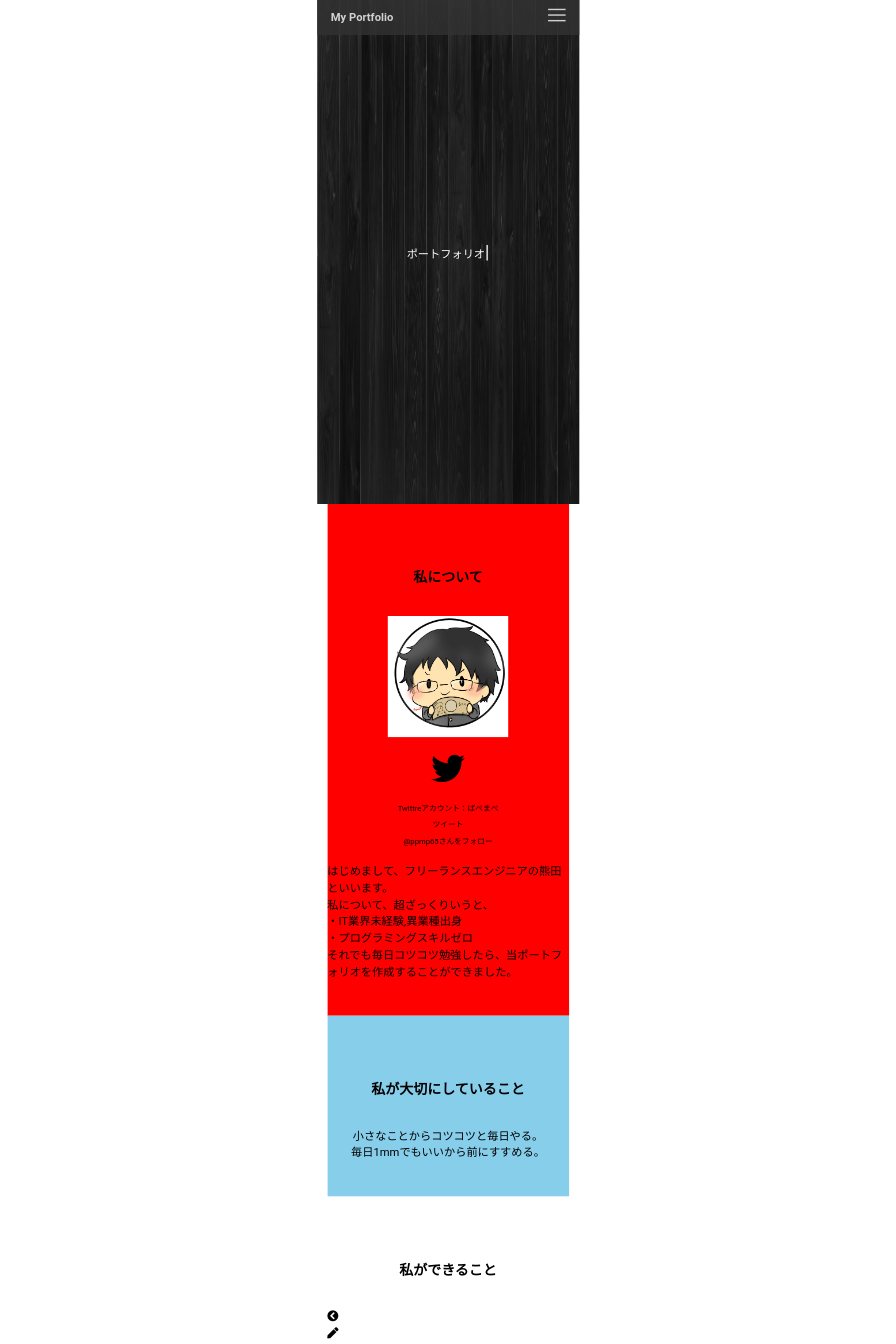
Repository: ppmp556/portfolio6
Page: index copy.html
The author's editor kept a copy of each file at every save. The page is drawn from the files as they stood at one save, then again after the next save.
The browser window is 1280 px wide. The pictures show the part of the page from y = 0 to 1920 px (the page is 3189 px tall), at 70% of full size.
Some web libraries are served in a nearby version. The style sheet was rebuilt from its Sass, Less or Tailwind sources for each picture, by a compiler version that may differ from the author's.

Above is the page before, as saved 2020-10-12 21:09:56.
Console error: TypeError: Cannot read properties of null (reading 'addEventListener')

### index copy.html
<!DOCTYPE html>
<html ja>
  <head>
    <meta charset="utf-8" />
    <meta
      name="viewport"
      content="width=device-width, initial-scale=1.0, maximum-scale=1.0, minimum-scale=1.0"
    />
    <title>ポートフォリオ</title>
    <link rel="stylesheet" href="css/faundation.css" />
    <link rel="stylesheet" href="css/main.css" />
    <link
      href="https://use.fontawesome.com/releases/v5.6.1/css/all.css"
      rel="stylesheet"
    />
    <script src="https://ajax.googleapis.com/ajax/libs/jquery/3.4.1/jquery.min.js"></script>
  </head>

  <body>
    <div class="container">

      <div class="kv" id="kv">
        <div class="kv_container">
          <img src="/images/3566338_s.jpg" alt="" class="kv_img">
          <!-- <img src="/images/3566338_s.jpg" alt="" class="kv_img"> -->
          <!-- <img src="/images/3566338_s.jpg" alt="" class="kv_img"> -->
          <!-- <img src="/images/3566338_s.jpg" alt="" class="kv_img"> -->
          <div class="kv_wrapper line">
            <p class="kv_animetype">
                ポートフォリオ<span class="line_type">|</span>
            </p><!-- /.kv_animetype -->

          </div><!-- /.kv_wrapper -->
        </div><!-- /.kv_container -->
      </div>
      <!-- /#kv.kv -->

      <header class="header" id="top">
        <div class="header_inner flex">
          <h1 class="header_ttl"><a href="index.html">My Portfolio</a></h1>
          <!-- /.header_ttl -->

          <nav class="nav">
            <!-- ハンバーガーメニュー部分 -->

            <div class="nav_ham" id="nav_toggle">
              <span class="nav_line tg1"></span>
              <span class="nav_line tg2"></span>
              <span class="nav_line tg3"></span>
            </div>
            <!-- ハンバーガーメニューここまで -->

            <ul class="nav_list flex">
              <div class="nav_inner">
                <li class="nav_item">
                  <a href="#Top" class="nav_link">TOP</a>
                </li>
                <!-- /.nav_item -->
                <li class="nav_item">
                  <a href="#about" class="nav_link">Profile</a>
                </li>
                <!-- /.nav_item -->
                <li class="nav_item">
                  <a href="#skill" class="nav_link">Skill</a>
                </li>
                <!-- /.nav_item -->
                <li class="nav_item">
                  <a href="#blog" class="nav_link">Blog</a>
                </li>
                <!-- /.nav_item -->
                <li class="nav_item">
                  <a href="#create" class="nav_link">Create</a>
                </li>
                <!-- /.nav_item -->
              </div><!-- /.nav_inner -->
            </ul>
            <!-- /.nav_list -->
          </nav>
          <!-- /.nav -->
        </div><!-- /.header_inner -->
      </header>
      <!-- /.header -->



      <main class="main_container">
        <div class="inner">

          <section class="about" id="about">
            <h2 class="section_ttl">私について</h2>
            <!-- /.section_ttl -->

            <div class="section_inner">
              <div class="about_left">
                <div class="about_imgbox">
                  <img src="images/アイコン.jpg" alt="" class="about_img">
                  <div class="about_share">
                    <a href="" class="about_share_icon">
                      <i class="fab fa-twitter fa-3x share"></i>
                      <p class="about_sharetxt">Twittreアカウント：ぱぺまぺ</p>
                      <!-- /.about_sharetxt --> </a
                    ><!-- /.about_share_icon -->
                      <br>
                    <a
                      href="https://twitter.com/share"
                      class="twitter_share_button"
                      data-via="webgaku"
                      data-lang="ja"
                      >ツイート</a
                    >
                      <br>
                    <a
                      href="https://twitter.com/ppmp65"
                      class="twitter_follow_button"
                      data-show-count="false"
                      data-lang="ja"
                      >@ppmp65さんをフォロー</a
                    >
                  </div>
                  <!-- /.about_share -->
                </div>
                <!-- /.about_imgbox -->
              </div>
              <!-- /.about_left -->

              <div class="about_right">
                <p class="about_txt">
                  はじめまして、フリーランスエンジニアの熊田といいます。<br />
                  私について、超ざっくりいうと、<br />

                  ・IT業界未経験,異業種出身 <br />
                  ・プログラミングスキルゼロ<br />

                  それでも毎日コツコツ勉強したら、当ポートフォリオを作成することができました。
                </p>
                <!-- /.about_txt -->
              </div>
              <!-- /.about_right -->
            </div>
            <!-- /.section_inner -->
          </section>
          <!-- /#about.about -->

          <section class="policy" id="policy">
            <h2 class="section_ttl">私が大切にしていること</h2>
            <!-- /.section_ttl -->

            <div class="policy_animebox">
              <div class="policy_anime">
                <p class="policy_txt">
                  小さなことからコツコツと毎日やる。<br />
                  毎日1mmでもいいから前にすすめる。
                </p>
                <!-- /.policy_txt -->
              </div>
              <!-- /.policy_anime -->
            </div>
            <!-- /.policy_anime -->
          </section>
          <!-- /#policy.policy -->

          <section class="skill" id="skill">
            <div class="scroll_fade_row">
              <h2 class="section_ttl">私ができること</h2>
              <!-- /.section_ttl -->

              <div class="skill_box">
                <div class="skill_content">
                  <div class="slide_btn prev">
                    <i class="fas fa-chevron-circle-left"></i>
                  </div>
                  <!-- /.slide_btn -->

                  <div class="skill_inner">
                    <div class="skill_inbox slide active">
                      <i class="skillIcon fas fa-pen"></i>
                      <p class="skill_inboxttl">執筆</p>
                      <!-- /.skill_inboxttl -->
                      <p class="skill_txt">
                        文章を考えるのが好きです<br />
                        ブログ執筆で毎日1000～2000文字程度<br />
                        書いています。<br />
                        ブログは毎日1日1記事更新。
                      </p>
                      <!-- /.skill_txt -->
                    </div>
                    <!-- /.skill_inbox -->

                    <div class="skill_inbox slide active">
                      <i class="skillIcon fas fa-code"></i>
                      <p class="skill_inboxttl">コーディング</p>
                      <!-- /.skill_inboxttl -->
                      <p class="skill_txt">
                        独学とプログラミングスクール併用<br />
                        全くの知識ゼロから始めました。<br />
                      </p>
                      <!-- /.skill_txt -->
                    </div>
                    <!-- /.skill_inbox -->

                    <div class="skill_inbox slide active">
                      <i class="skillIcon fas fa-pen"></i>
                      <p class="skill_inboxttl">執筆</p>
                      <!-- /.skill_inboxttl -->
                      <p class="skill_txt">
                        文章を考えるのが好きです<br />
                        ブログ執筆で毎日1000～2000文字程度<br />
                        書いています。<br />
                        ブログは毎日1日1記事更新。
                      </p>
                      <!-- /.skill_txt -->
                    </div>
                    <!-- /.skill_inbox -->

                    <div class="skill_inbox slide active">
                      <i class="skillIcon fas fa-cog"></i>
                      <p class="skill_inboxttl">執筆</p>
                      <!-- /.skill_inboxttl -->
                      <p class="skill_txt">
                        文章を考えるのが好きです<br />
                        ブログ執筆で毎日1000～2000文字程度<br />
                        書いています。<br />
                        ブログは毎日1日1記事更新。
                      </p>
                      <!-- /.skill_txt -->
                    </div>
                    <!-- /.skill_inbox -->
                  </div>
                  <!-- /.skill_inner -->
                </div>
                <!-- /.skill_content -->
              </div>
              <!-- /.skill_box -->
            </div>
            <!-- /.scroll_fade_row -->
          </section>
          <!-- /#skill.skill -->

          <section class="blog" id="blog">
            <div class="scroll_fade_row">
              <h2 class="section_ttl">ブログ</h2>
              <!-- /.section_ttl -->

              <div class="section_inner">
                <h3 class="blog_txt">ぱぺまぺの低年収者のための資産運用計画</h3>
                <!-- /.blog_txt -->

                <div class="blog_imgbox">
                  <a href="https://ppmp556.com"
                    >https://ppmp556.com
                    <img
                      class="blogImg"
                      src="images/invest01.png"
                      alt="ブログ1"
                    />
                  </a>
                </div>
                <!-- /.blog_imgbox -->
                <div class="blog_txtbox">
                  <p class="blog_txt">
                    投資ブログです。<br />
                    資金が少なくてもできる投資や、<br />
                    初心者向けの投資、投資についての考え方や<br />
                    ヒントなどを発信しています。（1日1記事更新）
                  </p>
                  <!-- /.blog_txt -->
                </div>
                <!-- /.blog_txtbox -->
              </div>
              <!-- /.section_inner -->
            </div>
            <!-- /.scroll_fade_row -->
          </section>
          <!-- /#blog.blog -->

          <section class="create" id="create">
            <div class="scroll_fade_row">
              <h2 class="section_ttl">制作物</h2>
              <!-- /.section_ttl -->
              <div class="section_inner">
                <div class="create_imgbox">
                  <p class="create_ttl">ポートフォリオ<br />（このサイト）</p>
                  <!-- /.create_ttl -->

                  <!-- アコーディオンメニュー実装する -->
                </div>
                <!-- /.create_imgbox -->
              </div>
              <!-- /.section_inner -->
            </div>
            <!-- /.scroll_fade_row -->
          </section>
          <!-- /#create.create -->
        </div>
        <!-- /.inner -->
      </main>

      <footer class="footer">
        <ul class="footer_list">
          <li class="footer_nav">
            <a href="" class="footer_link"></a>
          </li>
          <!-- /.footer_nav -->
          <li class="footer_nav">
            <a href="" class="footer_link"></a>
          </li>
          <!-- /.footer_nav -->
          <li class="footer_nav">
            <a href="" class="footer_link"></a>
          </li>
          <!-- /.footer_nav -->
          <li class="footer_nav">
            <a href="" class="footer_link"></a>
          </li>
          <!-- /.footer_nav -->
          <li class="footer_nav">
            <a href="" class="footer_link"></a>
          </li>
          <!-- /.footer_nav -->
        </ul>
        <!-- /.footer_list -->

        <div class="footer_copy">
          <small class="footer_txt">@ copyright</small
          ><!-- /.footer_txt -->
        </div>
        <!-- /.footer_copy -->
      </footer>
      <!-- /.footer -->
    </div>
    <!-- /.container -->

    <!-- <btn id="page-top"><a href="#top">PAGE TOP</a></btn> -->
    <script src="https://code.jquery.com/jquery-3.4.1.js"></script>
    <script src="main.js"></script>
  </body>
</html>

### css/faundation.css
/*
html5doctor.com Reset Stylesheet
v1.6.1
Last Updated: 2010-09-17
Author: Richard Clark - http://richclarkdesign.com
Twitter: @rich_clark
*/

html,
body,
div,
span,
object,
iframe,
h1,
h2,
h3,
h4,
h5,
h6,
p,
blockquote,
pre,
abbr,
address,
cite,
code,
del,
dfn,
em,
img,
ins,
kbd,
q,
samp,
small,
strong,
sub,
sup,
var,
b,
i,
dl,
dt,
dd,
ol,
ul,
li,
fieldset,
form,
label,
legend,
table,
caption,
tbody,
tfoot,
thead,
tr,
th,
td,
article,
aside,
canvas,
details,
figcaption,
figure,
footer,
header,
hgroup,
menu,
nav,
section,
summary,
time,
mark,
audio,
video {
  margin: 0;
  padding: 0;
  border: 0;
  outline: 0;
  font-size: 100%;
  vertical-align: baseline;
  background: transparent;
}

body {
  line-height: 1.5;
}

article,
aside,
details,
figcaption,
figure,
footer,
header,
hgroup,
menu,
nav,
section {
  display: block;
}

nav ul {
  list-style: none;
}

table {
  border-collapse: collapse;
  border-spacing: 0;
}


a {
  color: inherit;
  text-decoration: none;
}


img {
  width: 100%;

  /*画像がはみでるのを防ぐ　max-width*/
  max-width: 100%;
  height: auto;

  vertical-align: bottom;
}

/* h1,h2,h3,h4,h5,h6 { */
/* font-weight: bold; */
/* } */

Loaded but not shown: main.js (197 lines, source omitted); css/main.scss (460 lines, source omitted)

After the next save:
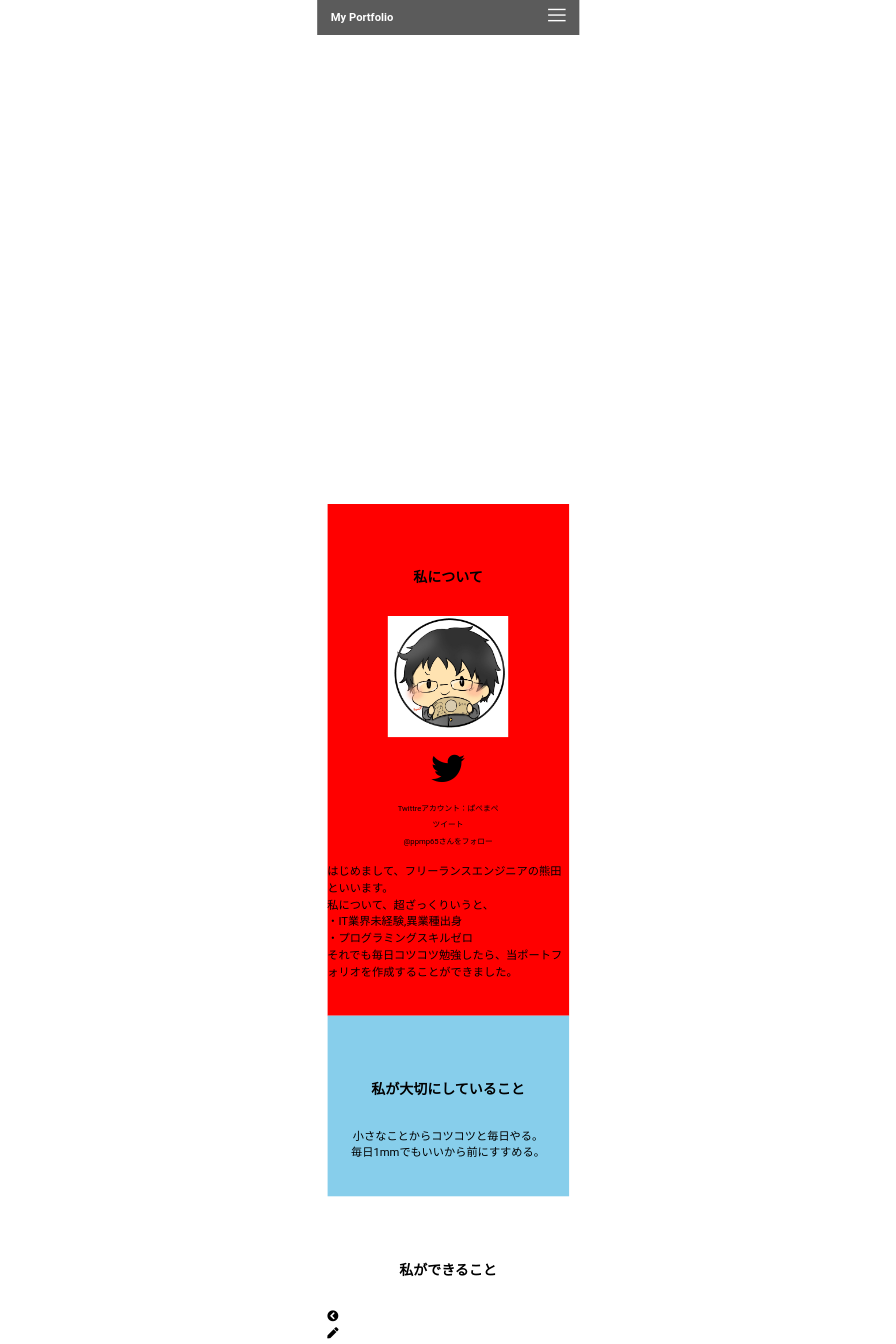
Not found: imges/道.jpg
Saved 20 min 17 s later.
--- a/index copy.html
+++ b/index copy.html
@@ -21,7 +21,10 @@
 
       <div class="kv" id="kv">
         <div class="kv_container">
-          <img src="/images/3566338_s.jpg" alt="" class="kv_img">
+          <img src="imges/道.jpg" alt="">
+
+
+          <!-- <img src="/images/3566338_s.jpg" alt="" class="kv_img"> -->
           <!-- <img src="/images/3566338_s.jpg" alt="" class="kv_img"> -->
           <!-- <img src="/images/3566338_s.jpg" alt="" class="kv_img"> -->
           <!-- <img src="/images/3566338_s.jpg" alt="" class="kv_img"> -->

After the save that followed:
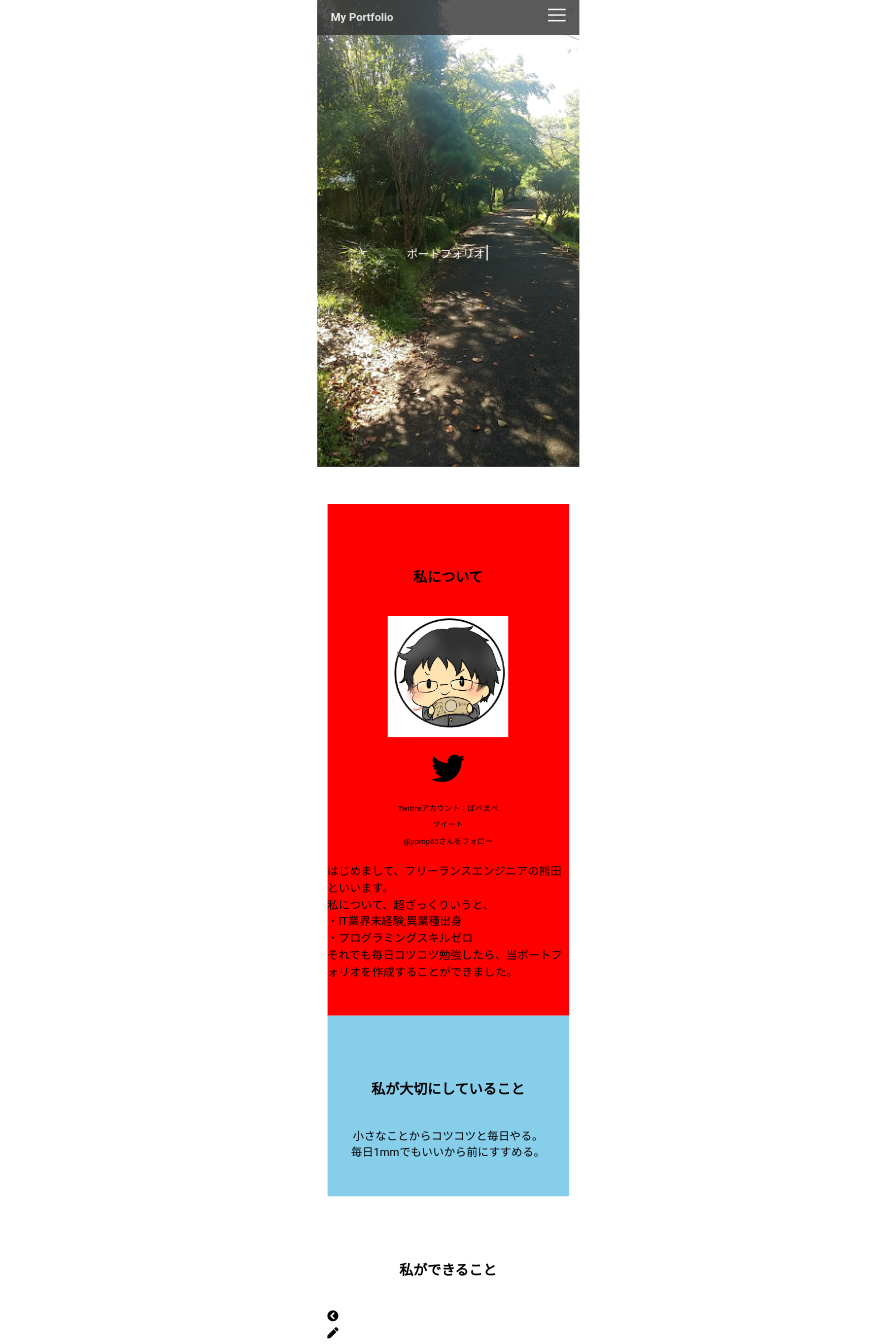
Saved 9 s later.
--- a/index copy.html
+++ b/index copy.html
@@ -21,7 +21,7 @@
 
       <div class="kv" id="kv">
         <div class="kv_container">
-          <img src="imges/道.jpg" alt="">
+          <img src="images/道.jpg" alt="">
 
 
           <!-- <img src="/images/3566338_s.jpg" alt="" class="kv_img"> -->
